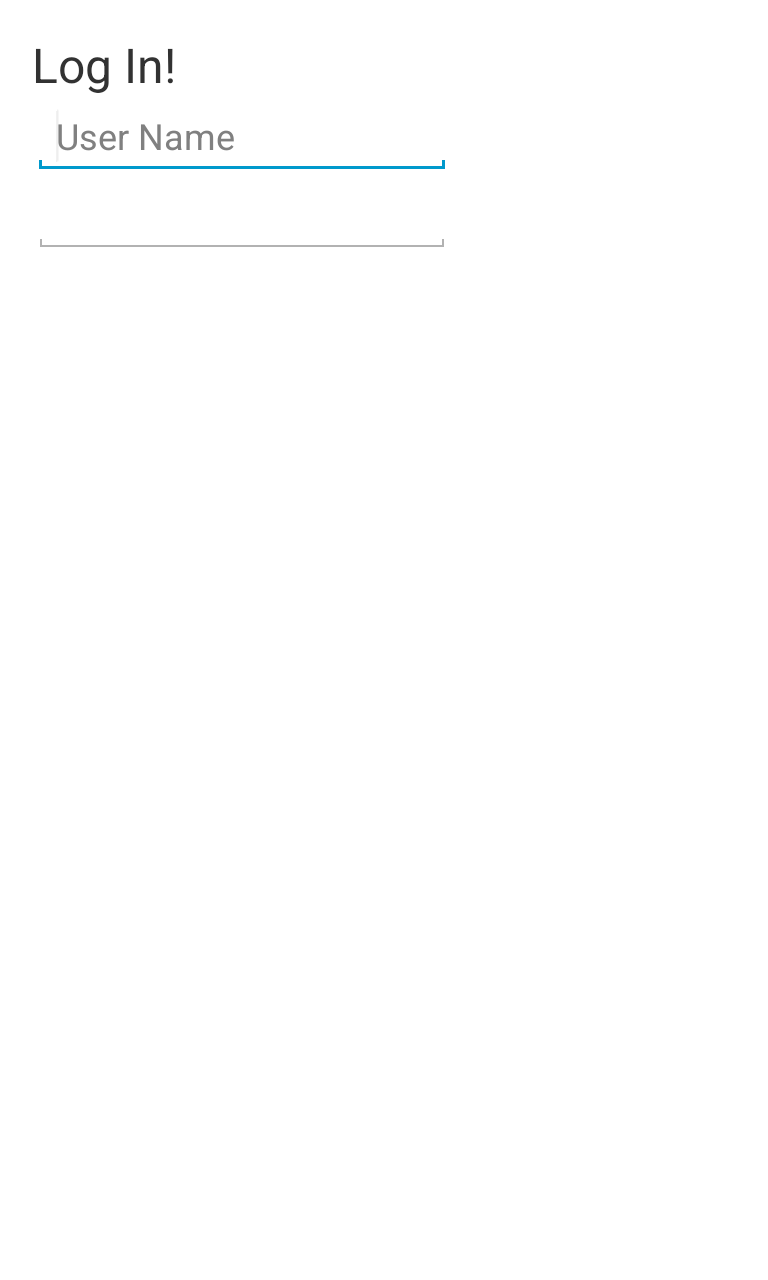
Repository: elf1218/pennapps2014s
Layout: Scavangel/res/layout/activity_main.xml
An editor plug-in stored every save of this project. The layout is shown before and after the next save, followed by the edit.
It is drawn on a 768 x 1280 px phone screen (xhdpi) without system bars, with theme AppTheme; the app's code is not run.

Above is the layout before, as saved 2014-02-15 01:24:31.

### Scavangel/res/layout/activity_main.xml
<RelativeLayout xmlns:android="http://schemas.android.com/apk/res/android"
    xmlns:tools="http://schemas.android.com/tools"
    android:layout_width="match_parent"
    android:layout_height="match_parent"
    android:paddingBottom="@dimen/activity_vertical_margin"
    android:paddingLeft="@dimen/activity_horizontal_margin"
    android:paddingRight="@dimen/activity_horizontal_margin"
    android:paddingTop="@dimen/activity_vertical_margin"
    tools:context=".MainActivity" >

    <TextView
        android:id="@+id/textView1"
        android:layout_width="wrap_content"
        android:layout_height="wrap_content"
        android:text="@string/login"
        android:textSize="24sp" />

    <EditText
        android:id="@+id/editText1"
        android:layout_width="wrap_content"
        android:layout_height="wrap_content"
        android:layout_alignParentLeft="true"
        android:layout_below="@+id/textView1"
        android:ems="10"
        android:hint="User Name"
        android:inputType="textPersonName" >

        <requestFocus />
    </EditText>

    <EditText
        android:id="@+id/editText2"
        android:layout_width="wrap_content"
        android:layout_height="wrap_content"
        android:layout_alignLeft="@+id/editText1"
        android:layout_below="@+id/editText1"
        android:ems="10"
        android:inputType="textPassword" />

</RelativeLayout>

### Scavangel/res/values/strings.xml
<?xml version="1.0" encoding="utf-8"?>
<resources>

    <string name="app_name">Scavangel</string>
    <string name="action_settings">Settings</string>
    <string name="hello_world">Hello world!</string>
    <string name="login">Log In!</string>
    <string name="pwd">Password</string>
    <string name="username">User Name</string>

</resources>

Loaded but not shown: Scavangel/res/values/styles.xml (common file); Scavangel/res/values-v11/styles.xml (common file); Scavangel/res/values-v14/styles.xml (common file); Scavangel/res/values/dimens.xml (common file)

After the next save:
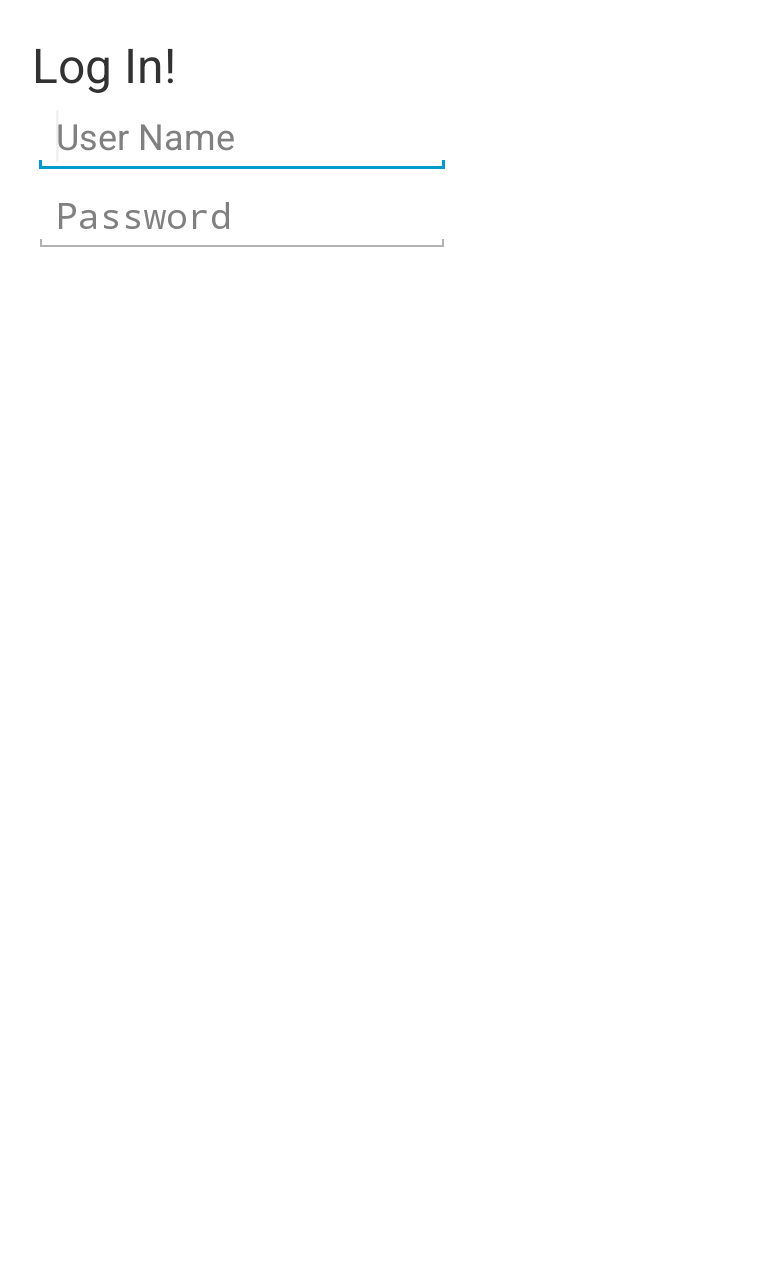
Saved 8 s later.
--- a/Scavangel/res/layout/activity_main.xml
+++ b/Scavangel/res/layout/activity_main.xml
@@ -22,7 +22,7 @@
         android:layout_alignParentLeft="true"
         android:layout_below="@+id/textView1"
         android:ems="10"
-        android:hint="User Name"
+        android:hint="@string/username"
         android:inputType="textPersonName" >
 
         <requestFocus />
@@ -35,6 +35,7 @@
         android:layout_alignLeft="@+id/editText1"
         android:layout_below="@+id/editText1"
         android:ems="10"
+        android:hint="@string/pwd"
         android:inputType="textPassword" />
 
 </RelativeLayout>
